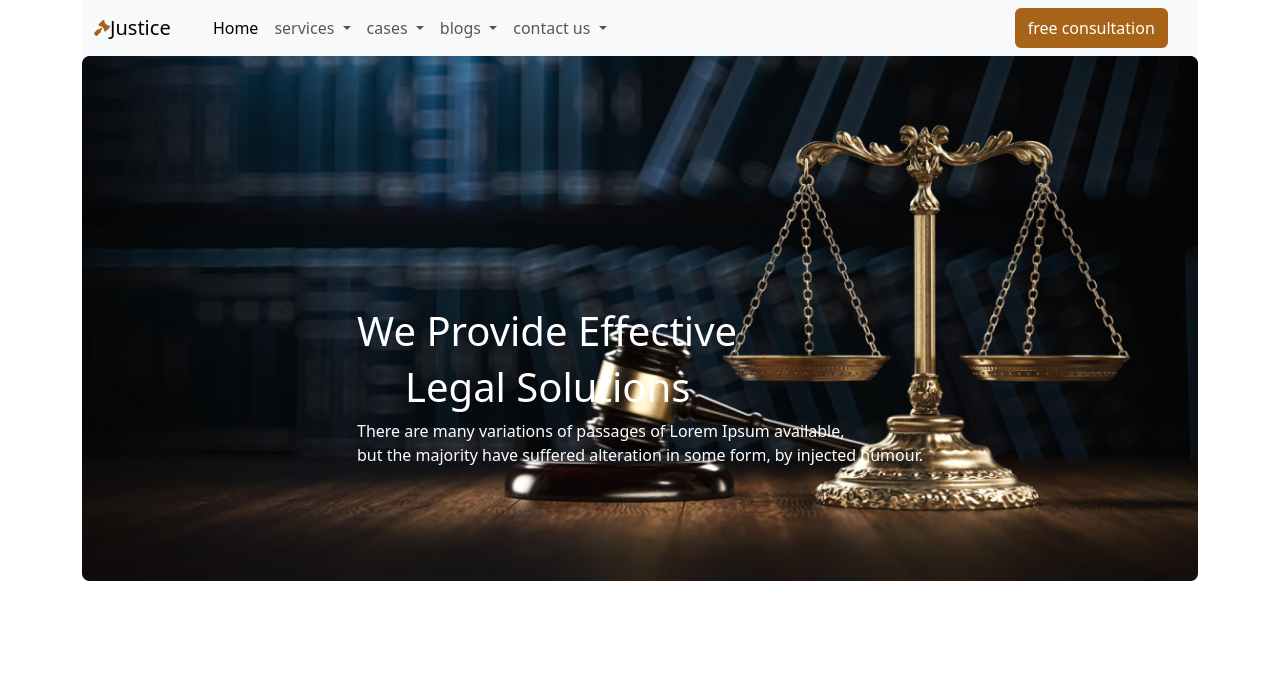
Repository: sadiaafsana138/justice
Page: index.html
An editor plug-in stored every save of this project. The page is shown before and after the next save, followed by the edit.
The browser window is 1280 px wide. The pictures show the whole page.
Some web libraries are served in a nearby version.

Above is the page before, as saved 2023-01-25 18:14:17.

After the next save:
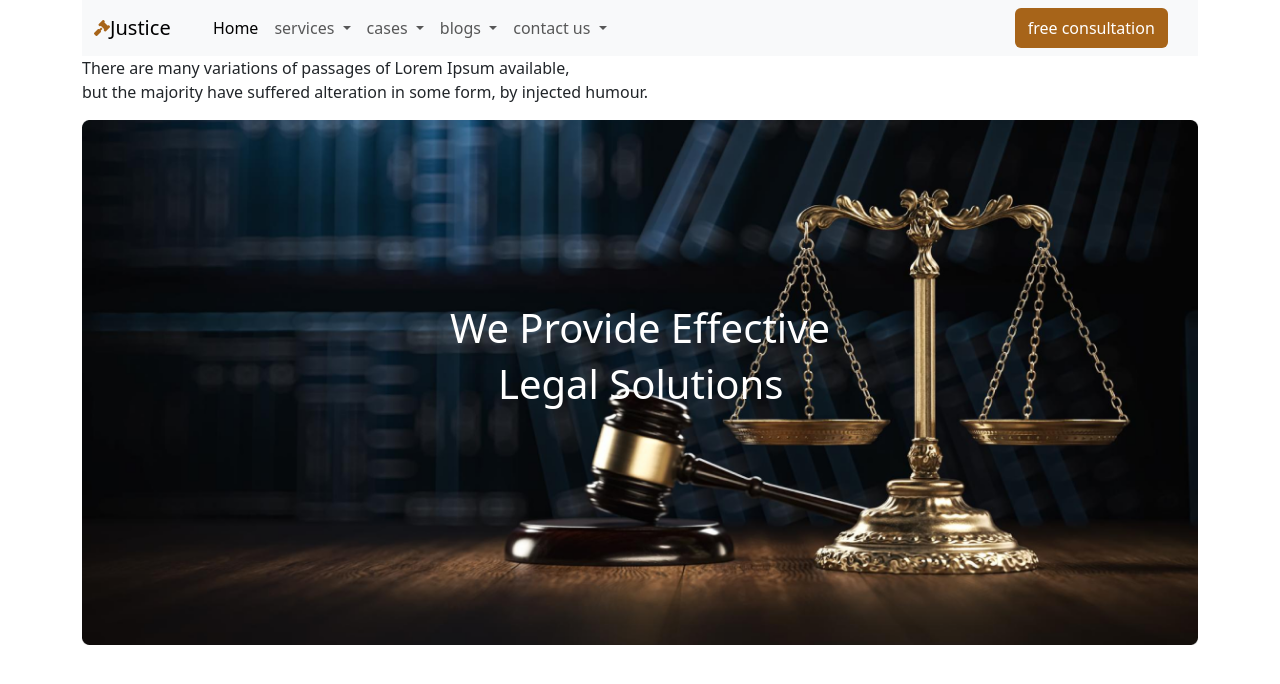
Saved 53 s later.
--- a/index.html
+++ b/index.html
@@ -110,6 +110,8 @@
                 <div class="banner-text text-primary-color1">
                     <h1>We Provide Effective </h1>
                     <H1 class="ps-5">Legal Solutions</H1>
+                </div>
+                <div>
                     <p >There are many variations of passages of Lorem Ipsum available,<br>but the majority have suffered alteration in some form, by injected humour.</p>
                 </div>
                 <img class="img-fluid" src="images/banner.png" alt="">
--- a/css/Styles.css
+++ b/css/Styles.css
@@ -15,6 +15,6 @@
         position:absolute;
         top: 50%;
         left: 50%;
-        transform: translate(-50%, -30%);
+        transform: translate(-50%, -50%);
 
 }

After the save that followed:
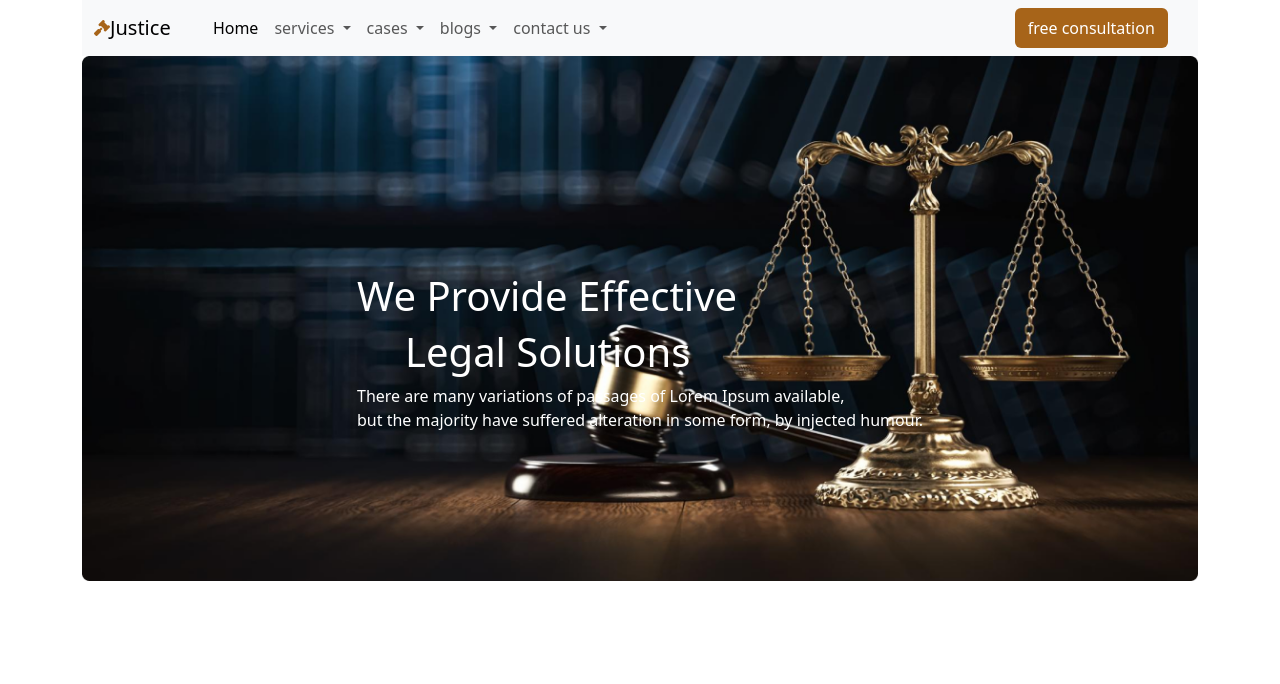
Saved 69 s later.
--- a/index.html
+++ b/index.html
@@ -110,10 +110,11 @@
                 <div class="banner-text text-primary-color1">
                     <h1>We Provide Effective </h1>
                     <H1 class="ps-5">Legal Solutions</H1>
+                    <p ps--1>There are many variations of passages of Lorem Ipsum available,<br>but the majority have suffered alteration in some form, by injected humour.</p>
                 </div>
-                <div>
-                    <p >There are many variations of passages of Lorem Ipsum available,<br>but the majority have suffered alteration in some form, by injected humour.</p>
-                </div>
+
+
+
                 <img class="img-fluid" src="images/banner.png" alt="">
             </div>
 
